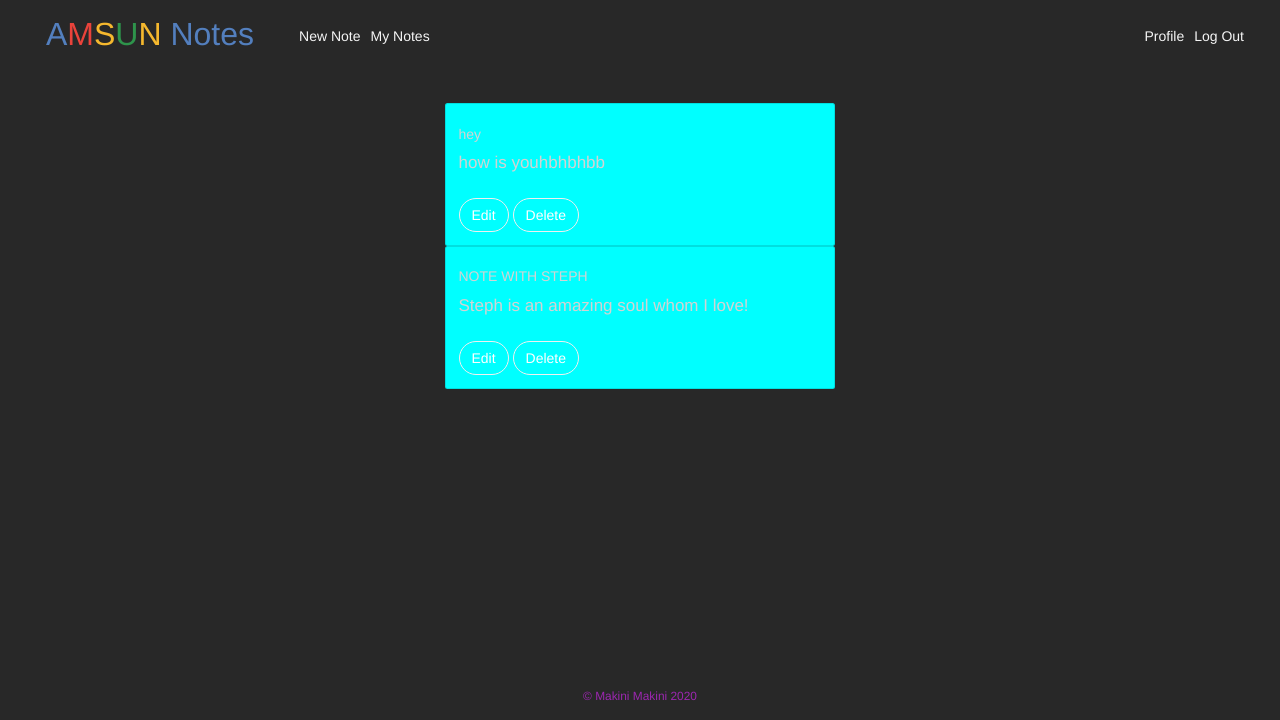
Repository: MakiniMakini/AMSUN-NOTES
Page: http://localhost/my_notes
These files come from the project's save history. The page is drawn as it stood at one moment and after the next save; the edit follows.
The browser window is 1280 px wide. The pictures show the whole page.
Some web fonts or font styles are not loaded; a fallback is used. The page is served by the project's application, run on Flask 3 (application.py). The session is filled in as if someone had signed in: {"user_id": 1}. The page reads the database file committed with the project.

Above is the page before, as saved 2020-12-25 12:51:35.

### templates/my_notes.html
{% extends "layout.html" %}

{% block title %}
    Notes
{% endblock %}

{% block main %}

<div class="my_notes">
  {% for note in notes %}

    <div class="card" style="width: 39rem; background-color: aqua;">
      <div class="card-body">

        <h5 class="card-title">{{note[1]}}</h5>
        <p class="card-text">{{note[2]}}</p>
        <a href="/{{note[0]}}/edit" class="btn btn-primary">Edit</a>
        <a href="/{{note[0]}}/delete" class="btn btn-primary">Delete</a>

      </div>
  </div>

{% endfor %}
</div>



{% endblock %}

### templates/layout.html
<!DOCTYPE html>
<html lang="en">
    <head>
        <!-- Required meta tags -->
        <meta charset="utf-8">
        <meta name="viewport" content="width=device-width, initial-scale=1, shrink-to-fit=no">

        <!-- documentation at http://getbootstrap.com/docs/4.1/, alternative themes at https://bootswatch.com/ -->
        <link href="https://maxcdn.bootstrapcdn.com/bootstrap/4.1.3/css/bootstrap.min.css" rel="stylesheet">

        <!-- https://favicon.io/emoji-favicons/money-mouth-face/ -->
        <link href="/static/favicon.ico" rel="icon">

        <link href="/static/styles.css" rel="stylesheet">
        <link rel="stylesheet" href="/static/bootstrap.min.css" />
        <link rel="stylesheet" href="/static/animate.min.css" />
        <link rel="stylesheet" href="/static/ionicons.min.css" />
        <link rel="stylesheet" href="/static/styles2.css" />
        <link rel="stylesheet" href="/static/profile.css" />

        <script src="https://code.jquery.com/jquery-3.3.1.min.js"></script>
        <script src="https://cdnjs.cloudflare.com/ajax/libs/popper.js/1.14.3/umd/popper.min.js"></script>
        <script src="https://maxcdn.bootstrapcdn.com/bootstrap/4.1.3/js/bootstrap.min.js"></script>

        <title>AMSUN Notes: {% block title %}{% endblock %}</title>
    </head>

    <body>

        <nav class="navbar navbar-expand-md navbar-light bg-none pl-5 pr-5 m-0 fixed-top">
            <a class="navbar-brand" href="/"><span class="blue">A</span><span class="red">M</span><span class="yellow">S</span><span class="green">U</span><span class="yellow">N</span> <span class="blue">Notes</span></a>
            <button aria-controls="navbar" aria-expanded="false" aria-label="Toggle navigation" class="navbar-toggler bg-light" data-target="#navbar" data-toggle="collapse" type="button">
                <span class="navbar-toggler-icon"></span>
            </button>
            <div class="collapse navbar-collapse" id="navbar" >
                {% if session.user_id %}
                    <ul class="navbar-nav mr-auto mt-2">
                        <li class="nav-item"><a class="nav-link" href="/home">New Note</a></li>
                        <li class="nav-item"><a class="nav-link" href="/my_notes">My Notes</a></li>
                    </ul>
                    <ul class="navbar-nav ml-auto mt-2 navbar-right">
                        <li class="nav-item"><a class="nav-link" href="/profile">Profile</a></li>
                        <li class="nav-item"><a class="nav-link" href="/logout">Log Out</a></li>
                    </ul>
                {% else %}
                    <ul class="navbar-nav ml-auto mt-2 navbar-right">
                        <li class="nav-item"><a class="nav-link" href="/register">Register</a></li>
                        <li class="nav-item"><a class="nav-link" href="/login">Log In</a></li>
                    </ul>
                {% endif %}
            </div>
        </nav>

        {% if get_flashed_messages() %}
            <header>
                <div class="alert alert-primary border text-center" role="alert">
                    {{ get_flashed_messages() | join(" ") }}
                </div>
            </header>
        {% endif %}

        <main class="container p-0">

        </main>
        {% block main %}{% endblock %}

        <footer class="small text-center text-muted fixed-bottom bg-none">
             <a href="https://makini-makini.herokuapp.com">© Makini Makini 2020</a>
        </footer>

    </body>
</html>

### application.py
import os

import sqlite3
from flask import Flask, flash, jsonify, redirect, render_template, request, session
from flask_session import Session
from tempfile import mkdtemp
from werkzeug.exceptions import default_exceptions, HTTPException, InternalServerError
from werkzeug.security import check_password_hash, generate_password_hash

from helpers import apology, login_required


# Configure application
app = Flask(__name__)

# Ensure templates are auto-reloaded
app.config["TEMPLATES_AUTO_RELOAD"] = True

# Ensure responses aren't cached
@app.after_request
def after_request(response):
    response.headers["Cache-Control"] = "no-cache, no-store, must-revalidate"
    response.headers["Expires"] = 0
    response.headers["Pragma"] = "no-cache"
    return response


# Configure session to use filesystem (instead of signed cookies)
app.config["SESSION_FILE_DIR"] = mkdtemp()
app.config["SESSION_PERMANENT"] = False
app.config["SESSION_TYPE"] = "filesystem"
Session(app)

# connecting to the database
connection = sqlite3.connect("amsun_notes.db", check_same_thread=False)

# cursor
db = connection.cursor()

# >>>>>>>>>>>>>>>>>>>>>>>>>>>>>>>ROUTES<<<<<<<<<<<<<<<<<<

# ///////////////INDEX\\\\\\\\\\\\\\\\\\
@app.route("/")
def home_page():
    return render_template("home.html")

# ////////////////WRITE NOTES\\\\\\\\\\\\\
@app.route("/home")
@login_required
def index():
    return render_template("index.html")

# //////PROFILE\\\\\\\\
@app.route("/profile")
@login_required
def profile():
    return render_template("profile.html")

# /////////////MY NOTES\\\\\\\\\\
@app.route("/my_notes")
@login_required
def my_notes():

    # logged user
    user_id = session['user_id']

    db.execute("SELECT note_id, title, notes FROM notes WHERE user_id=:user_id", {'user_id':user_id})
    notes = db.fetchall()

    # Ensure user has notes
    if not notes:
        return render_template("index.html", message = "You Do Not Have Any Stock")

    return render_template("my_notes.html", notes=notes)

# ///////////////ALLOW USER TO EDIT THEIR NOTES\\\\\\\\\\\\\\\\\\\
@app.route("/<note_id>/edit", methods=["GET", "POST"])
@login_required
def edit(note_id):

     # logged user
    user_id = session['user_id']

    if request.method == "GET":
        # query database for notes
        db.execute("SELECT note_id, title, notes FROM notes WHERE user_id=:user_id AND note_id=:note_id", {'user_id':user_id, 'note_id':note_id})
        notes = db.fetchall()
        # populate text-area with existing notes
        return render_template("edit.html", notes=notes)

    if request.method == "POST":
        # get title
        title = request.form.get("title")
        #get notes
        notes = request.form.get("notes")

        # ensure the fields are not blank
        if not request.form.get("notes"):
            return apology('must write something', 403)
        else:
            # update notes
            db.execute("UPDATE notes SET title =:title, notes =:notes WHERE note_id=:note_id", {'user_id':user_id, 'note_id':note_id, 'title':title, 'notes':notes})
            # save to data base
            connection.commit()
            # redirect user to their notes
            return redirect("/my_notes")


@app.route("/<note_id>/delete")
@login_required
def delete(note_id):

    print(note_id)

    db.execute("DELETE FROM notes WHERE note_id=:note_id", {'note_id':note_id})
    connection.commit()

    return redirect("/my_notes")

# >>>>>>>>>>>>>REGISTER USER<<<<<<<<<<<<<<<<<<<<<<<<<<<<<<<<<<<
@app.route("/register", methods=["GET", "POST"])
def register():
    """Register user"""

    # if 'GET' render Reg. form
    if request.method == "GET":
        return render_template("register.html")

    if request.method == "POST":

        username = request.form.get("username")
        # Ensure username is submitted
        if not request.form.get("username"):
             return apology("must provide username", 403)

        # Ensure password was submitted
        elif not request.form.get("password") and not request.form.get("confirmation"):
            return apology("must provide password and confirmation", 403)
        else:
            # query db
            db.execute("SELECT * FROM users WHERE username = :username",
                            {'username' : username})
            rows = db.fetchall()

            # check if user exists
            if len(rows) == 1:
                return apology("username already exists", 403)
            else:
                username = request.form.get("username")

            # password
            if request.form.get("password") == request.form.get("confirmation"):
                # hash password
                pwhash = generate_password_hash(request.form.get("password"), method='plain')
            else:
                return apology("passwords do not match", 403)

            # update db
            db.execute("INSERT INTO users (username, hash) VALUES (:username, :pwhash)", {'username':username, 'pwhash':pwhash})

            # To save the changes in the files. Never skip this.
            # If we skip this, nothing will be saved in the database.
            connection.commit()

            # # close the connection
            # connection.close()
            return redirect("/")


# >>>>>>>>>>>>>>>>>>>>>>LOGIN<<<<<<<<<<<<<<<<<<<<<<


@app.route("/login", methods=["GET", "POST"])
def login():
    """Log user in"""

    # Forget any user_id
    session.clear()

    # User reached route via POST (as by submitting a form via POST)
    if request.method == "POST":

        # Ensure username was submitted
        if not request.form.get("username"):
            return apology("must provide username", 403)

        # Ensure password was submitted
        elif not request.form.get("password"):
            return apology("must provide password", 403)

        # Query database for username
        db.execute("SELECT * FROM users WHERE username = :username",
                          {'username':request.form.get("username")})

        rows = db.fetchall()

        print(rows)
        # Ensure username exists and password is correct
        if len(rows) != 1 or not check_password_hash(rows[0][2], request.form.get("password")):
            return apology("invalid username and/or password", 403)

    # Remember which user has logged in
        session["user_id"] = rows[0][0]

        # Redirect user to home page
        return redirect("/")

    # User reached route via GET (as by clicking a link or via redirect)
    else:
        return render_template("login.html")

#>>>>>>>>>>>>>>>>>>>>>>>>>>>LOGOUT<<<<<<<<<<<<<<<<<<<<<<<<

@app.route("/logout")
def logout():
    """Log user out"""

    # Forget any user_id
    session.clear()

    # Redirect user to login form
    return redirect("/")


# >>>>>>>>>>>>>>>>>>>SAVE NOTES <<<<<<<<<<<<<<<<<<<<<<<<<
@app.route("/notes", methods=["GET", "POST"])
@login_required
def save():
    #save notes to database

    # logged user
    user_id = session['user_id']

    if request.method == "POST":

        # get the title
        title = request.form.get("title")

        #get notes
        notes = request.form.get("notes")

        # ensure the fields are not blank
        if not request.form.get("notes"):
            return apology('must write something', 403)
        else:
            db.execute("INSERT INTO notes (user_id, title, notes) VALUES (:user_id, :title, :notes)", {'user_id':user_id, 'title':title, 'notes':notes})

            # save to data base
            connection.commit()
            return render_template("index.html")

### helpers.py
import os
import requests
import urllib.parse

from flask import redirect, render_template, request, session
from functools import wraps

def apology(message, code=400):
    """Render message as an apology to user."""
    def escape(s):
        """
        Escape special characters.

        https://github.com/jacebrowning/memegen#special-characters
        """
        for old, new in [("-", "--"), (" ", "-"), ("_", "__"), ("?", "~q"),
                         ("%", "~p"), ("#", "~h"), ("/", "~s"), ("\"", "''")]:
            s = s.replace(old, new)
        return s
    return render_template("apology.html", top=code, bottom=escape(message)), code


def login_required(f):
    """
    Decorate routes to require login.

    http://flask.pocoo.org/docs/1.0/patterns/viewdecorators/
    """
    @wraps(f)
    def decorated_function(*args, **kwargs):
        if session.get("user_id") is None:
            return redirect("/login")
        return f(*args, **kwargs)
    return decorated_function

### static/styles.css
nav .navbar-brand {
	/* size for brand */
	font-size: xx-large;
}

/* colors for brand */
nav .navbar-brand .blue {
	color: #537fbe;
}
nav .navbar-brand .red {
	color: #ea433b;
}
nav .navbar-brand .yellow {
	color: #f5b82e;
}
nav .navbar-brand .green {
	color: #2e944b;
}

.navbar .nav-link {
	color: whitesmoke !important;
}

main .form-control {
	/* center form controls */
	display: inline-block;

	/* override Bootstrap's 100% width for form controls */
	width: auto;
}

main {
	/* scroll horizontally as needed */
	overflow-x: auto;

	/* center contents */
	text-align: center;
}

main img {
	/* constrain images on small screens */
	max-width: 100%;
}

/* Style the image inside the centered container, if needed */
.centered img {
	width: 150px;
	border-radius: 50%;
}

textarea {
	font-family: monospace;
}

.section_name {
	text-align: center;
	padding: 0;
}

.form-form {
	text-align: center;
	padding-top: 10vh;
}
.btn:focus {
	outline: none !important;
}

.form-control-email {
	text-align: left;
	display: block;
	width: 50%;
	height: 35px;
	padding: 6px 12px;
	font-size: 14px;
	line-height: 1.5;
	color: #eee;
	background-color: #36333d;
	background-image: none;
	border: 1px solid #36333d;
	border-radius: 4px;
	box-shadow: inset 0 1px 1px rgba(0, 0, 0, 0.075);
	transition: border-color ease-in-out .15s, box-shadow ease-in-out .15s;
}
.form-control-email:focus {
	outline: none;
}

.iframe-container {
	position: relative;
	overflow: hidden;
	width: 100%;
	padding-top: 56.25%; /* 16:9 Aspect Ratio (divide 9 by 16 = 0.5625) */
}

.responsive-iframe {
	position: absolute;
	top: 0;
	left: 0;
	bottom: 0;
	right: 0;
	width: 100%;
	height: 100%;
}

.my_notes {
	margin: auto;
	align-content: center;
	padding-top: 5vh;
}

.my_notes .card {
	align-content: center;
	margin: auto;
}

### static/profile.css
/* Profile container */
.profile {
	margin: 20px 0;
}

/* Profile sidebar */
.profile-sidebar {
	padding: 20px 0 10px 0;
	background: #fff;
}

.profile-userpic img {
	float: none;
	margin: 0 auto;
	width: 50%;
	height: 50%;
	-webkit-border-radius: 50% !important;
	-moz-border-radius: 50% !important;
	border-radius: 50% !important;
}

.profile-usertitle {
	text-align: center;
	margin-top: 20px;
}

.profile-usertitle-name {
	color: #5a7391;
	font-size: 16px;
	font-weight: 600;
	margin-bottom: 7px;
}

.profile-usertitle-job {
	text-transform: uppercase;
	color: #5b9bd1;
	font-size: 12px;
	font-weight: 600;
	margin-bottom: 15px;
}

.profile-userbuttons {
	text-align: center;
	margin-top: 10px;
}

.profile-userbuttons .btn {
	text-transform: uppercase;
	font-size: 11px;
	font-weight: 600;
	padding: 6px 15px;
	margin-right: 5px;
}

.profile-userbuttons .btn:last-child {
	margin-right: 0px;
}

.profile-usermenu {
	margin-top: 30px;
}

.profile-usermenu ul li {
	border-bottom: 1px solid #f0f4f7;
}

.profile-usermenu ul li:last-child {
	border-bottom: none;
}

.profile-usermenu ul li a {
	color: #93a3b5;
	font-size: 14px;
	font-weight: 400;
}

.profile-usermenu ul li a i {
	margin-right: 8px;
	font-size: 14px;
}

.profile-usermenu ul li a:hover {
	background-color: #fafcfd;
	color: #5b9bd1;
}

.profile-usermenu ul li.active {
	border-bottom: none;
}

.profile-usermenu ul li.active a {
	color: #5b9bd1;
	background-color: #f6f9fb;
	border-left: 2px solid #5b9bd1;
	margin-left: -2px;
}

/* Profile Content */
.profile-content {
	padding: 20px;
	background: #fff;
	min-height: 460px;
}

### amsun_notes.db (the tables this page reads, as SQL)
CREATE TABLE 'notes' (
    'note_id' INTEGER PRIMARY KEY AUTOINCREMENT NOT NULL,
    'user_id' INTEGER NOT NULL, 
    'title' TEXT NOT NULL, 
    'notes' TEXT NOT NULL,
    FOREIGN KEY(user_id) REFERENCES users(id)
    );
INSERT INTO "notes" VALUES
(11, 2, 'sasa', 'sdsdsdsd'),
(18, 3, 'I am here', 'I am here to see here'),
(19, 3, 'Bike Kali', 'Reading about people'),
(21, 4, 'trip to msa', 'niliona mzungu yaaaayyyy'),
(22, 1, 'hey', 'how is youhbhbhbb'),
(26, 1, 'NOTE WITH STEPH', 'Steph is an amazing soul whom I love! ');

Loaded but not shown: static/bootstrap.min.css (library); static/animate.min.css (library); static/ionicons.min.css (library); static/styles2.css (530 lines, source omitted)

After the next save:
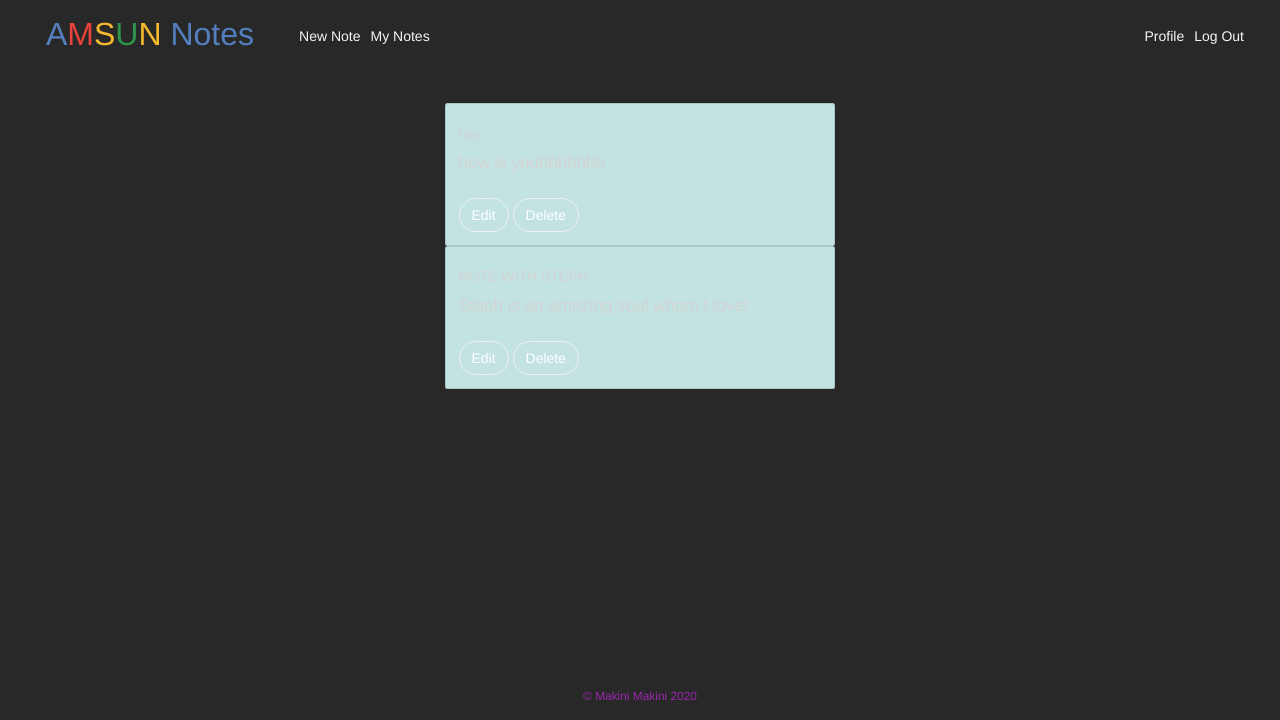
Saved 16 s later.
--- a/templates/my_notes.html
+++ b/templates/my_notes.html
@@ -9,7 +9,7 @@
 <div class="my_notes">
   {% for note in notes %}
 
-    <div class="card" style="width: 39rem; background-color: aqua;">
+    <div class="card" style="width: 39rem; background-color: rgb(195, 226, 226);">
       <div class="card-body">
 
         <h5 class="card-title">{{note[1]}}</h5>
